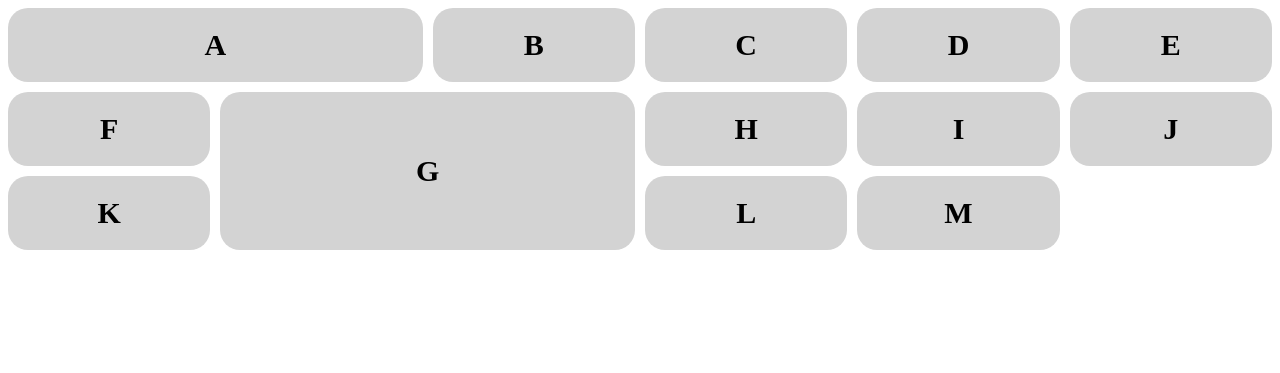
Repository: Yevhen94/nixhw
Page: fourth-lesson/index.html
An editor plug-in stored every save of this project. The page is shown before and after the next save, followed by the edit.
The browser window is 1280 px wide. The pictures show the whole page.

Above is the page before, as saved 2022-02-08 14:49:26.

### fourth-lesson/index.html
<!DOCTYPE html>
<html lang="en">
  <head>
    <meta charset="UTF-8" />
    <meta http-equiv="X-UA-Compatible" content="IE=edge" />
    <meta name="viewport" content="width=device-width, initial-scale=1.0" />
    <link rel="stylesheet" href="./styles/index.css" />
    <title>Flex+Grid</title>
  </head>
  <body>
    <!-- <div class="first-ex">
      <div class="block block--yellow">
        <span>A</span>
      </div>
      <div class="block block--yellow">
        <span>B</span>
      </div>
      <div class="block block--yellow">
        <span>C</span>
      </div>
      <div class="block block--pink">
        <span>D</span>
      </div>
      <div class="block block--pink">
        <span>E</span>
      </div>
      <div class="block block--pink">
        <span>F</span>
      </div>
      <div class="block block--green">
        <span>G</span>
      </div>
      <div class="block block--green">
        <span>H</span>
      </div>
      <div class="block block--green">
        <span>I</span>
      </div>
      <div class="block block--blue">
        <span>J</span>
      </div>
      <div class="block block--blue">
        <span>K</span>
      </div>
      <div class="block block--blue">
        <span>L</span>
      </div>
    </div> -->
    <div class="second-ex">
      <div class="resp-block two-in-one">
        <span>A</span>
      </div>
      <div class="resp-block">
        <span>B</span>
      </div>
      <div class="resp-block">
        <span>C</span>
      </div>
      <div class="resp-block">
        <span>D</span>
      </div>
      <div class="resp-block">
        <span>E</span>
      </div>
      <div class="resp-block">
        <span>F</span>
      </div>
      <div class="resp-block four-in-one">
        <span>G</span>
      </div>
      <div class="resp-block">
        <span>H</span>
      </div>
      <div class="resp-block">
        <span>I</span>
      </div>
      <div class="resp-block">
        <span>J</span>
      </div>
      <div class="resp-block three-in-one">
        <span>K</span>
      </div>
      <div class="resp-block">
        <span>L</span>
      </div>
      <div class="resp-block">
        <span>M</span>
      </div>
    </div>
  </body>
</html>

### fourth-lesson/styles/index.css
.first-ex {
  grid-template-columns: repeat(3, 1fr);
  display: grid;
  gap: 10px;
}

.block {
  justify-content: center;
  align-items: center;
  min-height: 150px;
  font-weight: bold;
  min-width: 150px;
  font-size: 30px;
  display: flex;
}

.block--yellow {
  background-color: yellow;
  justify-self: end;
}

.block--pink {
  background-color: pink;
  justify-self: start;
}

.block--green {
  background-color: lightgreen;
  justify-self: center;
}

.block--blue {
  background-color: lightblue;
}

.second-ex {
  grid-template-columns: repeat(auto-fill, minmax(200px, 1fr));
  display: grid;
  gap: 10px;
}

.resp-block {
  background-color: lightgrey;
  justify-content: center;
  align-items: center;
  border-radius: 20px;
  font-weight: bold;
  font-size: 30px;
  padding: 20px;
  display: flex;
}

.two-in-one {
  grid-column: 1 / span 2;
}

.four-in-one {
  grid-column-end: span 2;
  grid-row-end: span 2;
}

After the next save:
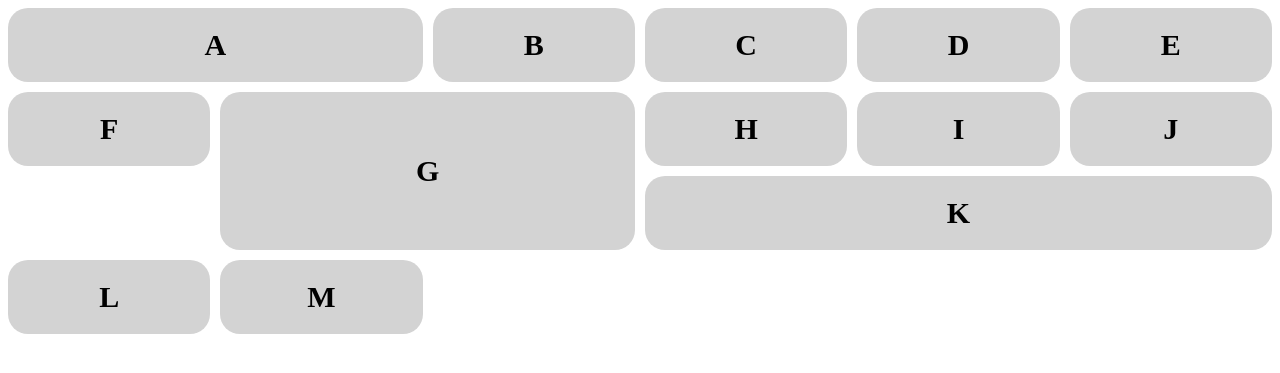
Saved 19 s later.
--- a/fourth-lesson/styles/index.css
+++ b/fourth-lesson/styles/index.css
@@ -58,3 +58,7 @@
   grid-column-end: span 2;
   grid-row-end: span 2;
 }
+
+.three-in-one {
+  grid-column-end: span 3;
+}
